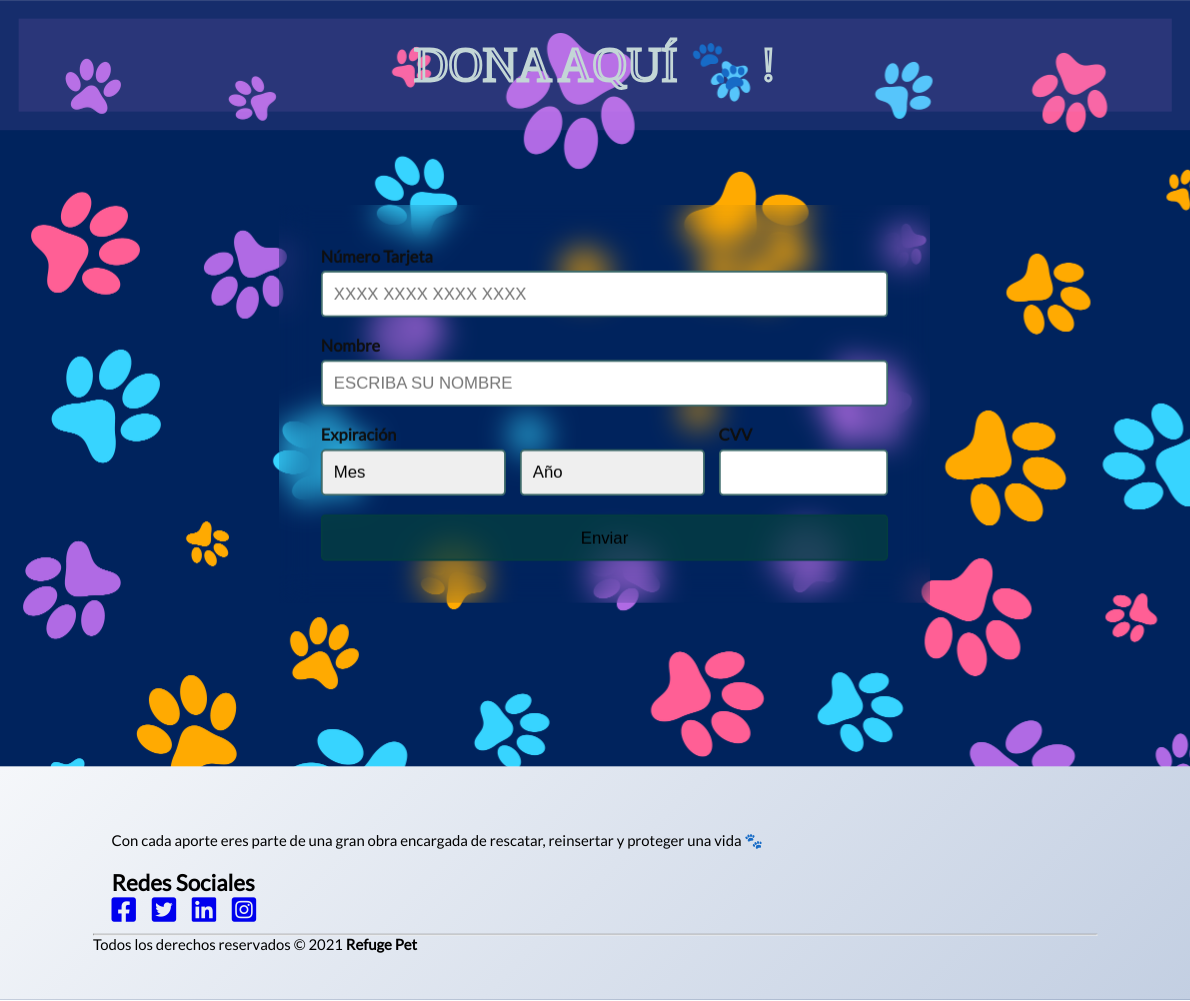
Repository: andreasvidal/SCL019-card-validation
Page: src/views/cardvalidation.html
The author's editor kept a copy of each file at every save. The page is drawn from the files as they stood at one save, then again after the next save.
The browser window is 1280 px wide. The pictures show the whole page, at 93% of full size.
Some web fonts or font styles are not loaded; a fallback is used. Some web libraries are served in a nearby version.

Above is the page before, as saved 2022-04-13 09:55:23.

### src/views/cardvalidation.html
<!DOCTYPE html>
<html lang="en">

<head>
    <meta charset="UTF-8" />
    <meta http-equiv="X-UA-Compatible" content="IE=edge" />
    <meta name="viewport" content="width=device-width, initial-scale=1.0" />
    <link rel="preconnect" href="https://fonts.googleapis.com" />
    <link rel="preconnect" href="https://fonts.gstatic.com" crossorigin />
    <link href="https://fonts.googleapis.com/css2?family=Lato:ital,wght@0,400;1,700&display=swap" rel="stylesheet" />
    <link rel="preconnect" href="https://fonts.googleapis.com" />
    <link rel="preconnect" href="https://fonts.gstatic.com" crossorigin />
    <link href="https://fonts.googleapis.com/css2?family=Hurricane&family=Lato:ital,wght@1,700&display=swap" rel="stylesheet" />
    <link rel="stylesheet" href="https://use.fontawesome.com/releases/v5.8.1/css/all.css" integrity="sha384-50oBUHEmvpQ+1lW4y57PTFmhCaXp0ML5d60M1M7uH2+nqUivzIebhndOJK28anvf" crossorigin="anonymous" />
    <link rel="stylesheet" href="../css/formstyle.css" />
    <link rel="stylesheet" href="../css/style.css" />
    <title>Formulario</title>
</head>

<!--contenido principal formulario-->

<body>
    <div class="subtitle">
        <p class="subtitle">DONA AQUÍ 🐾 !</p>
    </div>
    <form id="formValidation" class="form-validation">
        <div class="bg-blur">
            <div class="data-card" id="dataForm">
                <label for="inputNumber">Número Tarjeta</label>
                <input type="text" id="inputNumber" name="number" maxlength="16" autocomplete="off" pattern="[0-9]+" placeholder="XXXX XXXX XXXX XXXX" required />
                <h5 id="print"></h5>
            </div>
            <div class="data-card">
                <label for="inputNameUser">Nombre </label>
                <input type="text" id="inputNameUser" name="nameUser" placeholder="Escriba su nombre" required />
                <h5 id="print"></h5>
            </div>
            <!--datos expiración tarjeta-->
            <div class="flexbox">
                <div class="data-card expider-date">
                    <label for="monthSelect">Expiración</label>
                    <div class="flexbox">
                        <div class="data-card-select">
                            <select name="monthSelect" id="monthSelect" required>
                <option disabled selected>Mes</option>
                <option value="1">1</option>
                <option value="2">2</option>
                <option value="3">3</option>
                <option value="4">4</option>
                <option value="5">5</option>
                <option value="6">6</option>
                <option value="7">7</option>
                <option value="8">8</option>
                <option value="9">9</option>
                <option value="10">10</option>
                <option value="11">11</option>
                <option value="12">12</option>
              </select>
                        </div>
                        <div class="data-card-select">
                            <select name="yearSelect" id="yearSelect" required>
                <option disabled selected>Año</option>
                <option value="2">2014</option>
                <option value="5">2015</option>
                <option value="6">2016</option>
                <option value="7">2017</option>
                <option value="8">2018</option>
                <option value="9">2019</option>
                <option value="10">2020</option>
                <option value="11">2021</option>
                <option value="12">2022</option>
              </select>
                        </div>
                    </div>
                </div>
                <div class="data-card ccv">
                    <label for="inputCcv">CVV</label>
                    <input type="text" id="inputCcv" name="inputCcv" maxlength="3" required />
                </div>
            </div>
            <button type="submit" value="sendForm" class="btn-send" id="sendForm">
        Enviar
      </button>
        </div>
    </form>
    <footer>
        <div class="container__footer">
            <div class="box__footer">
                <div class="terms">
                    <p>
                        Con cada aporte eres parte de una gran obra encargada de rescatar, reinsertar y proteger una vida 🐾
                    </p>
                </div>
            </div>
            <div class="box__footer">
                <h2>Redes Sociales</h2>
                <a href="#"> <i class="fab fa-facebook-square"></i></a>
                <a href="#"><i class="fab fa-twitter-square"></i></a>
                <a href="#"><i class="fab fa-linkedin"></i></a>
                <a href="#"><i class="fab fa-instagram-square"></i></a>
            </div>
        </div>
        <div class="box__copyright">
            <hr />
            <p>Todos los derechos reservados © 2021 <b>Refuge Pet</b></p>
        </div>
    </footer>
    <!-- jQuery-->
    <script src="https://ajax.googleapis.com/ajax/libs/jquery/3.6.0/jquery.min.js"></script>
    <!--materialize -->
    <!--JS-->
    <script src="../js/index.js" type="module"></script>
</body>

</html>

### src/css/formstyle.css
* {
    padding: 0;
    margin: 0;
    box-sizing: border-box;
}

body {
    font-family: 'Lato', 'sans-serif';
    background-image: url(../assets/img/fondopatas.jpg);
    background-size: cover;
    background-repeat: no-repeat;
}


/*estilos formulario validacion*/

.form-validation {
    color: beige;
    width: 100%;
    max-width: 700px;
    margin-left: 300px;
    border-radius: 10px;
    position: relative;
    top: 80px;
    z-index: 1;
}

.bg-blur {
    backdrop-filter: blur(1rem);
    width: 100%;
    padding: 45px;
}

.form-validation label {
    display: block;
    color: rgb(15, 15, 15);
    margin-bottom: 5px;
    font-size: 1.1rem;
    font-weight: 700;
}

.form-validation input,
.form-validation select,
.btn-send {
    border: 2px solid rgba(4, 63, 63, 0.753);
    font-size: 18px;
    height: 50px;
    width: 100%;
    padding: 5px 12px;
    border-radius: 5px;
}

.form-validation input:hover,
.form-validation select:hover {
    border: 2px solid rgb(23, 24, 24);
}

.form-validation input:focus,
.form-validation select:focus {
    outline: rgb(173, 182, 182);
    box-shadow: 0 8px 8px 0 rgba(32, 38, 46, 0.3);
}

.form-validation input {
    margin-bottom: 20px;
    text-transform: uppercase;
}

.form-validation .flexbox {
    display: flex;
    justify-content: space-between;
}

.form-validation .expider-date {
    width: 100%;
}

.form-validation .ccv {
    min-width: 10px;
}

.form-validation .data-card-select {
    width: 100%;
    margin-right: 15px;
    position: relative;
}

.form-validation select {
    -webkit-appearance: none;
}


/*backgrond btn enviar*/

.btn-send {
    background: rgba(4, 63, 63, 0.753);
    ;
}

.btn-send:hover {
    background-color: rgba(94, 126, 136, 0.651);
    cursor: pointer;
}

#print {
    color: rgb(38, 41, 41);
    font-size: 16px;
}


/*footer*/

.terms {
    height: 30px;
    margin-bottom: 50px;
}

footer {
    width: 100%;
    padding: 50px 100px;
    margin-top: 20%;
    background-size: cover;
    /*background: rgb(58, 89, 180);*/
    background-image: linear-gradient(135deg, #f5f7fa 0%, #c3cfe2 100%);
}

.box__footer {
    padding: 20px;
    height: 10px;
}

.fab {
    padding-right: 40px;
    width: 20px;
    height: 20px;
    font-size: 30px;
}

.box__copyright {
    padding-top: 50px;
}

### src/css/style.css
 * {
     padding: 0;
     margin: 0;
     box-sizing: border-box;
 }

 body {
     font-family: 'Lato', 'sans-serif';
     background-image: url(../assets/img/fondopatas.jpg);
 }
 /*estilo titulo*/

 .title-h1 {
     font-family: 'Raleway', sans-serif;
     text-decoration: underline overline wavy rgba(183, 0, 255, 0.514);
     padding: 40px 100px;
     color: rgb(74, 80, 80);
     display: flex;
     flex-direction: column;
     align-items: center;
     box-shadow: 0 10px 10px 0 rgba(90, 116, 148, 0.3);
     background-image: linear-gradient(135deg, #f5f7fa 0%, #c3cfe2 100%);
     font-size: 8vw;
 }

 .subtitle {
     font-family: 'Shadows Into Light', cursive;
     padding: 20px 20px;
     color: rgb(74, 80, 80);
     font-size: 4vw;
     -webkit-text-fill-color: transparent;
     -webkit-text-stroke: 3px rgb(195, 214, 214);
     text-align: center;
     background-color: rgb(214, 136, 233, 0.1);
 }

 .img-banner {
     display: flex;
     height: 500px;
     z-index: -1;
     flex-direction: row;
     margin-left: 50px;
     align-items: center;
     margin-bottom: -50px;
     border-radius: 15px;
 }
 /*contenedor tarjeta*/

 .container {
     width: 90%;
     max-width: 1000px;
     padding: 20px 60px;
     margin: auto;
     display: flex;
     /* deja los elementos en forma de columna*/
     flex-direction: column;
     /*align-items no sirve para centrar de forma vertical (se utiliza justify), se utiliza al cambiar la dirección con flex-direction*/
     align-items: center;
 }
 /*estilo tarjeta*/

 .card {
     padding-top: 30px;
     width: 100%;
     max-width: 550px;
     position: relative;
     color: rgb(37, 36, 36);
     cursor: pointer;
 }

 .card>div {
     padding: 30px;
     border-radius: 15px;
     min-height: 315px;
     display: flex;
     flex-direction: column;
     justify-content: space-between;
     box-shadow: 0 10px 10px 0 rgba(90, 116, 148, 0.822);
 }

 .style-card {
     width: 100%;
     background: url(../assets/img/background-card/bg-img-2.jpg);
     background-size: cover;
 }
 /*para mantener el espeacio de la imagen logo (contenedor vacio)*/

 .style-card .logo-card {
     text-align: right;
     min-height: 50px;
 }

 .style-card .logo-card img {
     width: 100%;
     height: 100%;
     object-fit: cover;
     max-width: 80px;
 }

 .style-card .chip-card {
     width: 100%;
     max-width: 50px;
     margin-bottom: 20px;
 }

 .style-card .form-group .card-label {
     font-size: 16px;
     color: rgb(115, 131, 131);
     margin-bottom: 5px;
 }

 .style-card .card-group .number-card,
 .style-card .card-group .name-card,
 .style-card .card-group .expider {
     /*color: rgb(74, 80, 80);*/
     font-size: 22px;
     text-transform: uppercase;
 }

 .style-card .flexbox {
     display: flex;
     justify-content: space-between;
     margin-top: 20px;
 }
 /*btn abrir formulario*/

 .btn-open {
     color: rgb(195, 214, 214);
     box-shadow: 0 10px 10px 0 rgba(90, 116, 148, 0.3);
     background: rgba(183, 0, 255, 0.514);
     width: 50px;
     height: 50px;
     margin-top: -10px;
     border-radius: 100%;
     z-index: 2;
 }

 .btn-open:hover {
     opacity: 0.50;
     -moz-opacity: .50;
     filter: alpha (opacity=50);
 }

 .btn-open {
     text-decoration: none;
     padding-top: 15px;
     text-align: center;
 }
 /*footer*/

 .terms {
     height: 30px;
     margin-bottom: 50px;
 }

 footer {
     width: 100%;
     padding: 50px 100px;
     margin-top: 20%;
     background-size: cover;
     /*background: rgb(58, 89, 180);*/
     background-image: linear-gradient(135deg, #f5f7fa 0%, #c3cfe2 100%);
     box-shadow: 0 10px 10px 0 rgba(90, 116, 148, 0.3);
 }

 .box__footer {
     padding: 20px;
     height: 10px;
 }

 .fab {
     padding-right: 40px;
     width: 20px;
     height: 20px;
     font-size: 30px;
 }

 .box__copyright {
     padding-top: 50px;
 }

### src/js/index.js
/*import validator from '../js/validator.js';

//Llamando al DOM

const btnForm = document.getElementById("sendForm");
const form = document.getElementById("#formValidation");
btnForm.addEventListener('click', function(e) {
    e.preventDefault();
    let creditCardNumber = document.getElementById('inputNumber').value;
    let maskified = validator.maskify(creditCardNumber);
    if (creditCardNumber === "") {
        return document.getElementById("print").innerHTML = "Reingrese su número de tarjeta sin espacios ni carácteres especiales";
    } else {
        return document.getElementById("print").innerHTML = "Tu tarjeta N° " + maskified + " es válida";
    }
})


// inputName solo letras, inputCcv y inputNumber  solo numeros
let inputNumber = document.getElementById('inputNumber');
let inputName = document.getElementById('inputNameUser');
let inputCcv = document.getElementById('inputCcv');

const onlyNum = /[^0-9]/g;
const onlypLet = /[^a-zA-ZÑñáéíóúÁÉÍÓÚ\s]*$/g;
inputNumber.addEventListener('input', function() {
    inputNumber.value = inputNumber.value.replace(onlyNum, '');
});
inputName.addEventListener('input', function() {
    inputName.value = inputName.value.replace(onlypLet, '');
});
inputCcv.addEventListener('input', function() {
    inputCcv.value = inputCcv.value.replace(onlyNum, '');
});

// mes y años
for (let i = 1; i <= 12; i++) {
    let optionDate = document.createElement('option');
    optionDate.value = i;
    optionDate.innerText = i;
    form.monthSelect.appendChild(optionDate);
}

// * Select del año generado dinamicamente.
const yearActual = new Date().getFullYear();
for (let i = yearActual; i <= yearActual + 8; i++) {
    let optionDate = document.createElement('option');
    optionDate.value = i;
    optionDate.innerText = i;
    optionDate.selectYear.appendChild(optionDate);
}*/

After the next save:
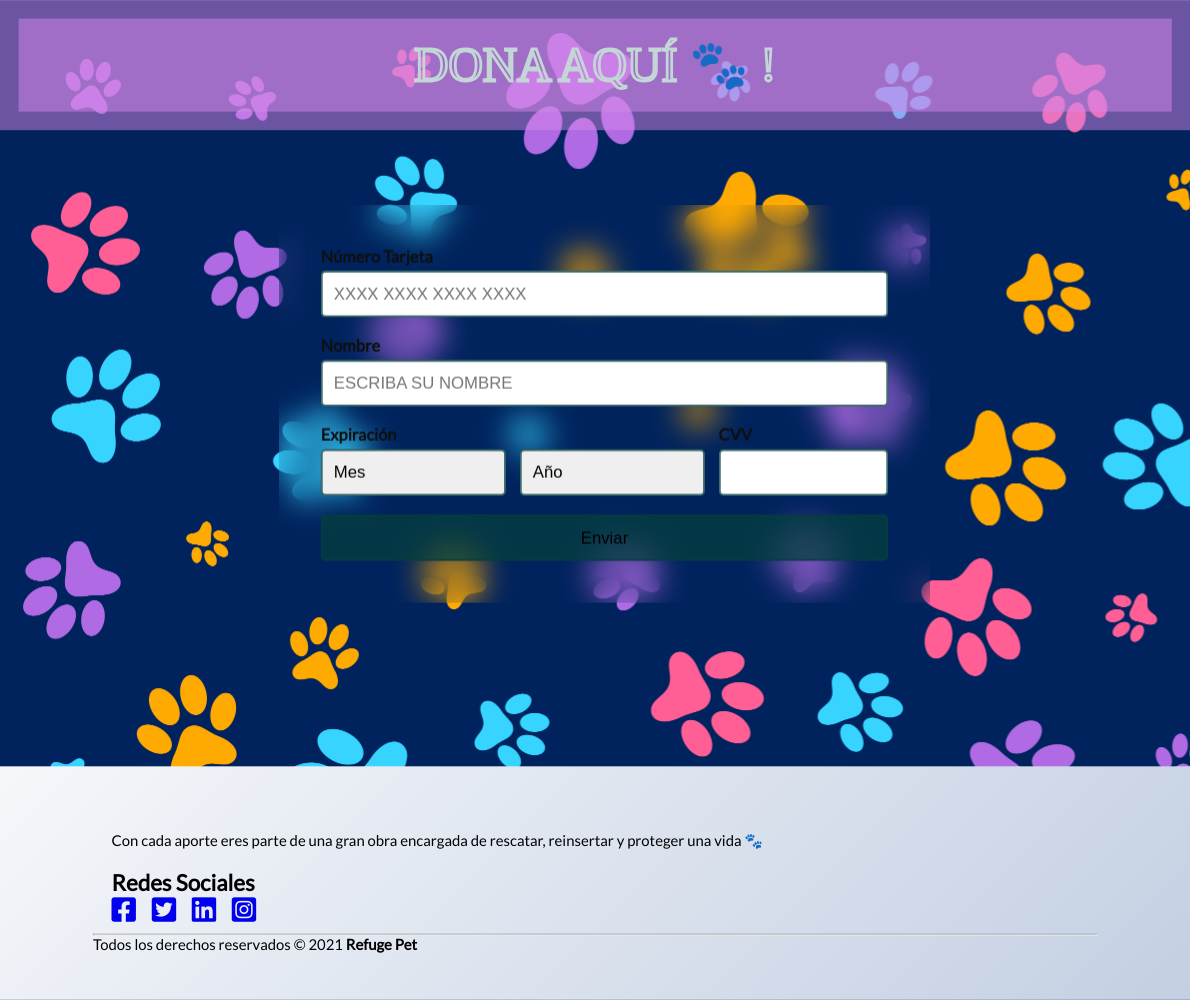
Saved 6 s later.
--- a/src/css/style.css
+++ b/src/css/style.css
@@ -31,7 +31,7 @@
      -webkit-text-fill-color: transparent;
      -webkit-text-stroke: 3px rgb(195, 214, 214);
      text-align: center;
-     background-color: rgb(214, 136, 233, 0.1);
+     background-color: rgb(214, 136, 233, 0.5);
  }
 
  .img-banner {
